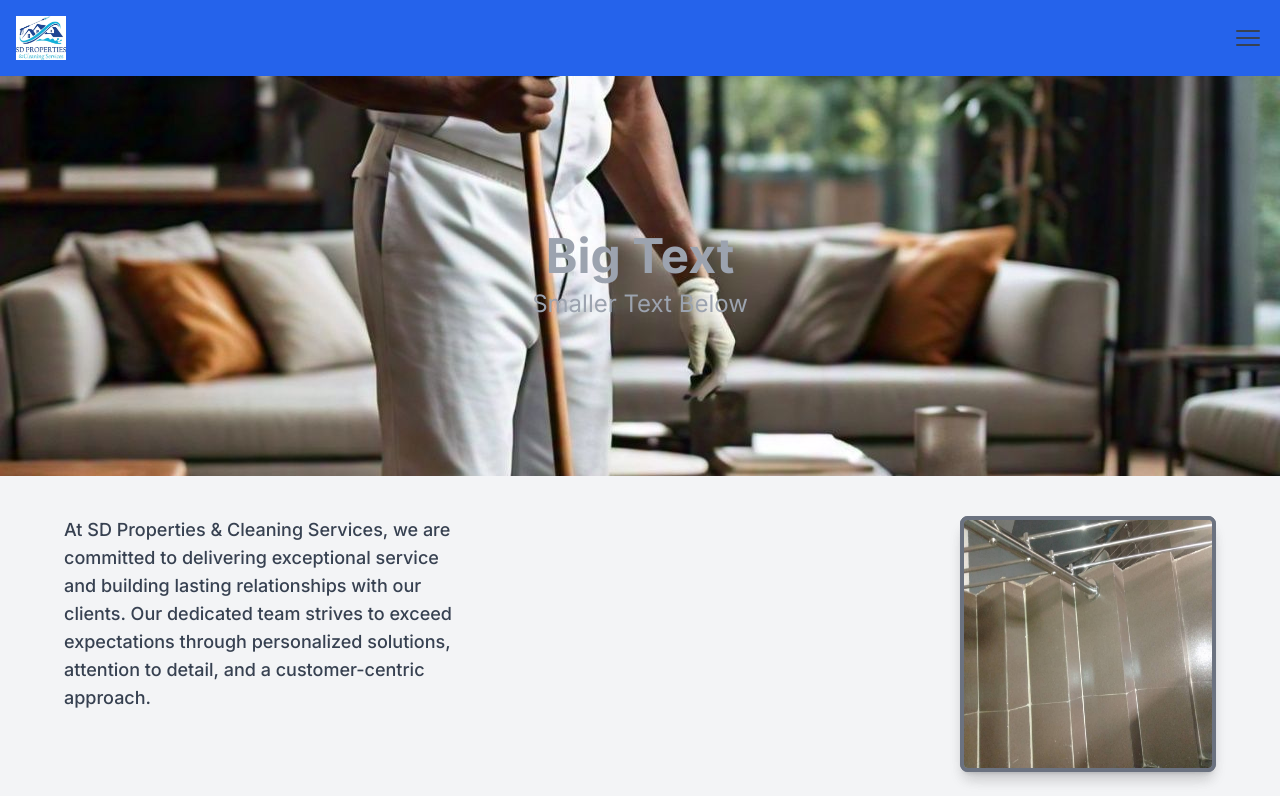
Repository: devmskhan/sdpropandclean
Page: /
An editor plug-in stored every save of this project. The page is shown before and after a run of saves, followed by the edit.
The browser window is 1280 px wide. The pictures show the whole page.
The project was rebuilt for these pictures with package versions that can differ from the ones it lists, and the page was loaded fresh each time. The framework's server and built-in components were replaced by stand-ins that run in the browser. Also part of the build but not shown: next.config.mjs.

Above is the page before, as saved 2024-09-03 12:21:06.

After the next 2 saves:
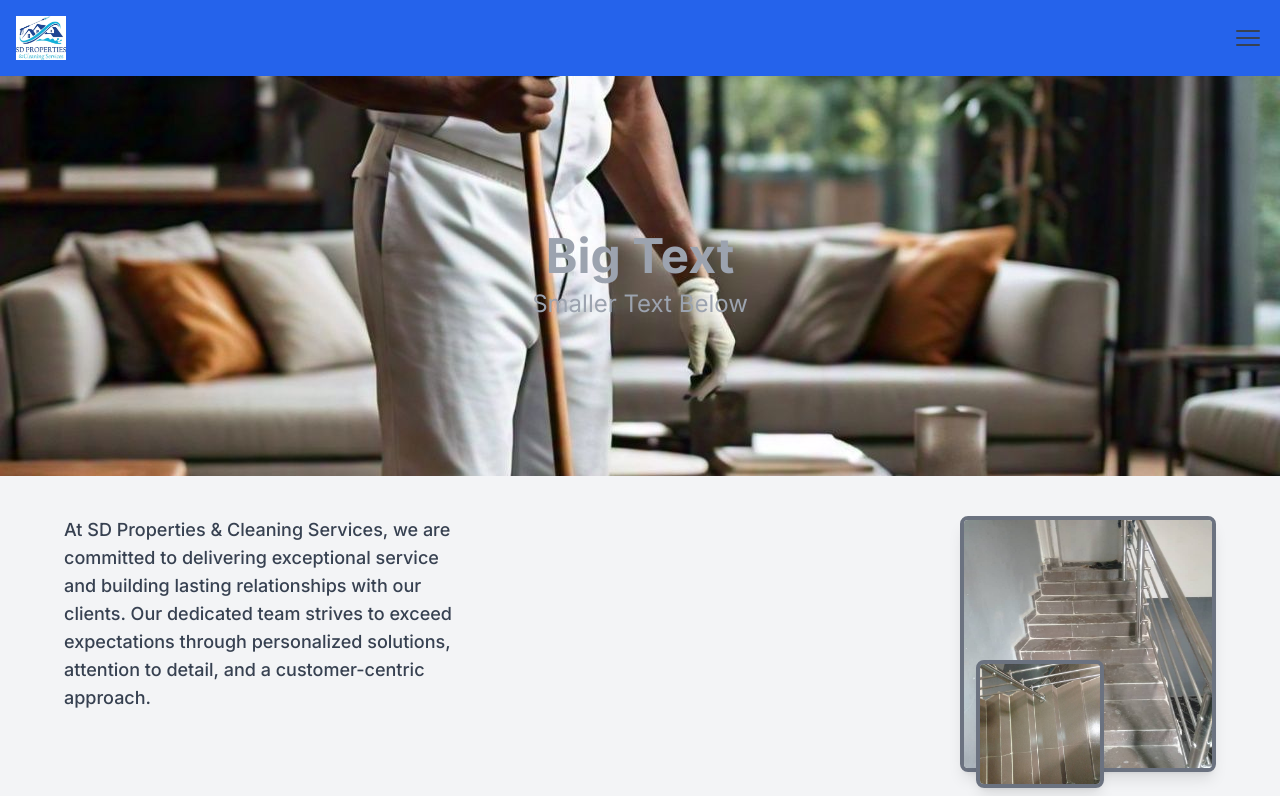
The 2 saves are shown as one change because they came seconds apart.
The last was saved 2 min 10 s later.
--- a/components/Body.tsx
+++ b/components/Body.tsx
@@ -29,16 +29,8 @@ function Body() {
     </p>
   </div>
   <div className="relative mt-4 mr-10">
-    <img
-      src="stairsb.jpg"
-      alt="Top Image"
-      className="w-64 h-64 rounded-lg shadow-lg border-gray-500 border-solid border-4 "
-    />
-    <img
-      src="stairsaft.jpg"
-      alt="Bottom Image"
-      className="absolute bottom-0 left-0 w-64 h-64 rounded-lg shadow-lg border-gray-500 border-solid border-4"
-    />
+  <img src="stairsb.jpg" alt="Top Image" className="w-64 h-64 rounded-lg shadow-lg border-gray-500 border-solid border-4" />
+  <img src="stairsaft.jpg" alt="Bottom Image" className="absolute bottom-0 left-0 w-32 h-32 rounded-lg shadow-lg transform translate-x-4 translate-y-4 border-gray-500 border-solid border-4" />
   </div>
 </div>
 
